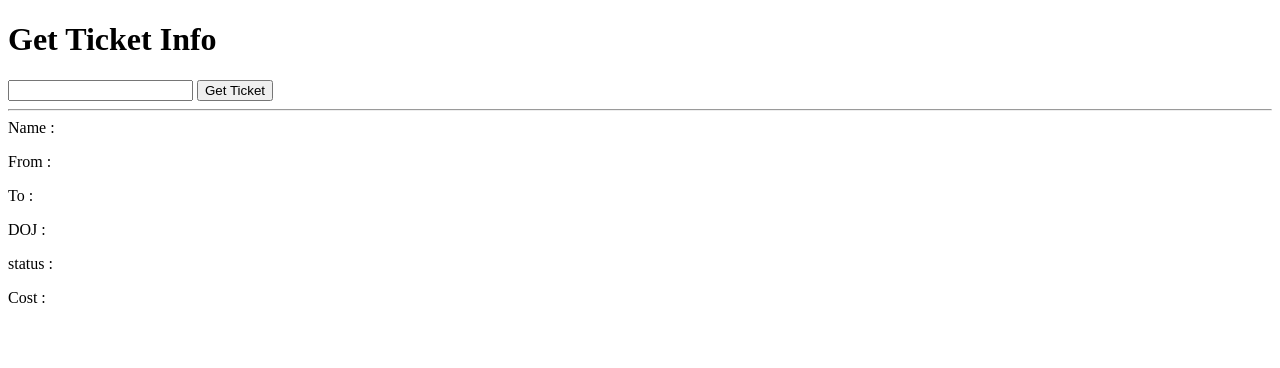
Repository: swapnil-waghamode/Spring-Boot
Page: http://localhost/ticket-form
The author's editor kept a copy of each file at every save. The page is drawn from the files as they stood at one save, then again after the next save.
The browser window is 1280 px wide. The pictures show the whole page.
The page is this project's Thymeleaf template; nobody is signed in. The template is opened directly, without the code that normally fills it, so the values that code supplies are empty.

Above is the page before, as saved 2024-04-29 08:08:53.

After the next save:
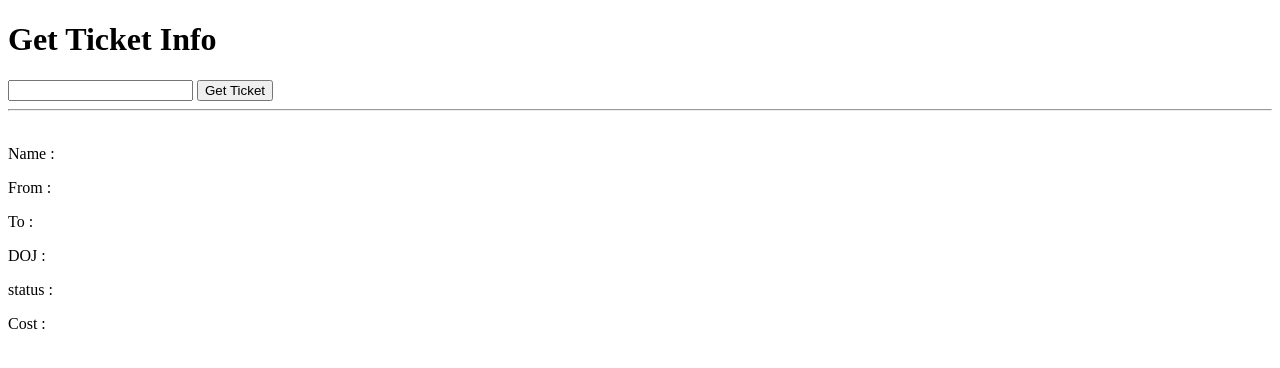
Saved 4 min 12 s later.
--- a/32-MakeMyTrip-RestApi/src/main/resources/templates/ticket-form.html
+++ b/32-MakeMyTrip-RestApi/src/main/resources/templates/ticket-form.html
@@ -17,6 +17,40 @@
 
    <hr>
 
+   <table>
+       <tr>
+         <td></td>
+         <td></td>
+       </tr>
+
+       <tr>
+         <td></td>
+         <td></td>
+       </tr>
+
+       <tr>
+         <td></td>
+         <td></td>
+       </tr>
+
+       <tr>
+         <td></td>
+         <td></td>
+       </tr>
+
+       <tr>
+         <td></td>
+         <td></td>
+       </tr>
+
+       <tr>
+         <td></td>
+         <td></td>
+       </tr>
+
+
+   </table>
+
    Name : <p th:text="${ticket.name}"></p>
    From : <p th:text="${ticket.from}"></p>
    To : <p th:text="${ticket.to}"></p>
